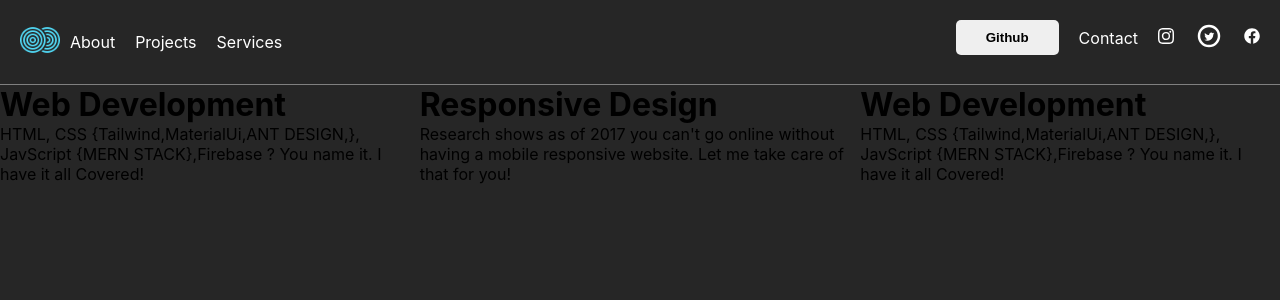
Repository: uh-sman/Portfolio
Page: /services
The author's editor kept a copy of each file at every save. The page is drawn from the files as they stood at one save, then again after the next save.
The browser window is 1280 px wide. The pictures show the whole page.
The project was rebuilt for these pictures with package versions that can differ from the ones it lists, and the page was loaded fresh each time. Also part of the build but not shown: src/components/about.css, src/components/repositories.css, src/components/repositories.js, src/components/RepositoriesCard.jsx, src/components/About.jsx, src/components/projects.css, src/components/Projects.jsx.

Above is the page before, as saved 2022-11-19 08:55:17.

### src/index.js
import React from "react";
import ReactDOM from "react-dom/client";
import { BrowserRouter } from "react-router-dom";
import "./index.css";
import App from "./App";

const root = ReactDOM.createRoot(document.getElementById("root"));
root.render(
  <BrowserRouter>
    <React.StrictMode>
      <App />
    </React.StrictMode>
  </BrowserRouter>
);

### src/App.js
import "./App.css";
import { Index } from "./components/index";
import { Route, Routes } from "react-router-dom";
import About from "./components/About";
import "animate.css";
import Projects from "./components/Projects";
import Services from "./components/Services";
// import Services from "./components/Services";
function App() {
  return (
    <div className="App">
      <Index />
      <Routes>
        <Route path="/" element={<About />} />
        <Route path="/projects" element={<Projects />} />
        <Route path="/services" element={<Services />} />
      </Routes>
    </div>
  );
}

export default App;

### src/App.css
* {
  margin: 0px;
  padding: 0px;
  box-sizing: border-box;
  text-decoration: none;
  list-style: none;
}
body {
  /* background: rgb(2, 0, 36);
  background: linear-gradient(
    90deg,
    rgba(2, 0, 36, 1) 0%,
    rgba(4, 14, 33, 1) 90%,
    rgba(5, 52, 61, 1) 100%
  ); */
  background: #262626;
}

### src/components/index.js
import React from "react";
import { Navbar } from "./Navbar";
import { Route, Routes } from "react-router-dom";
export const Index = () => {
  return (
    <div>
      <Navbar />
    </div>
  );
};

### src/components/Services.jsx
import React from "react";
import "./services.css";
const Services = () => {
  return (
    <div>
      <div>
        <head className="header">
          <h1>Host Your Business</h1>
          <h3>
            I will help you create a remarkable first impression with
            mind-blowing creative designs
          </h3>
        </head>
        <div className="sections">
          <div className="head">
            <h1></h1>
            <h1>Web Development</h1>
            <text>
              <p>
                HTML, CSS{" {Tailwind,MaterialUi,ANT DESIGN,}"}, JavScript
                {" {MERN STACK}"},Firebase ? You name it. I have it all Covered!
              </p>
            </text>
          </div>
          <div>
            <h1></h1>
            <h1>Responsive Design</h1>
            <text>
              <p>
                Research shows as of 2017 you can't go online without having a
                mobile responsive website. Let me take care of that for you!
              </p>
            </text>
          </div>
          <div>
            <h1></h1>
            <h1>Web Development</h1>
            <text>
              <p>
                HTML, CSS{" {Tailwind,MaterialUi,ANT DESIGN,}"}, JavScript
                {" {MERN STACK}"},Firebase ? You name it. I have it all Covered!
              </p>
            </text>
          </div>
        </div>
      </div>
    </div>
  );
};

export default Services;
// Looking for a reliable and efficient

### src/components/Navbar.jsx
import React, { useState } from "react";
import { Link } from "react-router-dom";
import logo from "../assets/ico.png";
import "./navbar.css";
import { Profile } from "./Profile";
export const Navbar = () => {
  const [active, isActive] = useState(false);
  // Get the container element
  // const activeLink = document.querySelector("nav-list");
  // const style = {
  //   backgroundColor: "red",
  //   width: "100%",
  //   height: "100%",
  // };
  // Get all buttons with class="btn" inside the container
  // const btnActive = activeLink.getElementsByClassName("btn");
  // Loop through the buttons and add the active class to the current/clicked button
  // for (var i = 0; i < btnActive.length; i++) {
  //   btnActive[i].addEventListener("click", function () {
  //     var currentMode = document.getElementsByClassName("active");
  //     currentMode[0].className = currentMode[0].className.replace("active", "");
  //     this.className += "active";
  //   });
  // }
  // activeLink.addEventListener()
  return (
    <div>
      <nav className="navbar-container">
        <div className="navbar">
          <div className="navbar-nav">
            <div>
              <a>
                <img src={logo} className="logo" />
              </a>
            </div>
            <ul className="nav-list">
              <Link to="/">
                <a href="">About</a>
              </Link>
              <Link to="/projects">
                <a href="">Projects</a>
              </Link>
              <Link to="/services" className="btn">
                <a href="">Services</a>
              </Link>
            </ul>
          </div>
          <div>
            <Profile />
          </div>
        </div>
      </nav>
    </div>
  );
};

### src/components/services.css
.sections {
  display: flex;
}
.header {
}

### src/components/navbar.css
.nav-list {
  display: flex;
  align-items: center;
  gap: 20px;
}
.nav-list a {
  color: white;
}
.navbar {
  margin: 20px 20px;
  display: flex;
  justify-content: space-between;
}
.navbar-nav {
  display: flex;
  gap: 10px;
}
.logo {
  width: 40px;
  height: 40px;
  color: white;
}
.navbar-container {
  border-bottom: 0.5px solid gray;
}
/* .btn {
  border: transparent;
  outline: none;
  background: rgba(2, 0, 36, 1) 0%;
} */
/* .active, */
/* .btnSelect:hover {
  border: none;
  border-bottom: 1px solid lightblue;
  cursor: pointer;
} */

@media only screen and (min-width: 200px) and (max-width: 950px) {
  .nav-list {
    display: none;
  }
}

### src/components/Profile.js
import React, { useState } from "react";
import { SiFacebook } from "react-icons/si";
import { FaWhatsapp, FaFacebook, FaRegWindowClose } from "react-icons/fa";
import { TiSocialTwitterCircular } from "react-icons/ti";
import { Link } from "react-router-dom";
import { BsInstagram } from "react-icons/bs";
import burger from "../assets/burger-menu.png";
import close from "../assets/icons8.png";

import "animate.css";
import "./profile.css";
export const Profile = () => {
  const [isActive, setIsActive] = useState(false);

  return (
    <div>
      <div>
        <section className="profile-section ">
          <button className="button">
            <a>Github</a>
          </button>
          <a>Contact</a>
          <a>
            <BsInstagram />
          </a>
          <a>
            <TiSocialTwitterCircular className="twitter" />
          </a>
          <a>
            <FaFacebook />
          </a>
        </section>
        {isActive ? (
          <div className="sidebar-container">
            <div>
              <FaRegWindowClose
                className="close"
                onClick={() => setIsActive(!isActive)}
              />
              {/* <img src={close} /> */}
            </div>
            <section className="sidebar-section ">
              <ul className="links">
                <Link to="/">
                  <a href="">About</a>
                </Link>
                <Link to="/projects">
                  <a href="">Projects</a>
                </Link>
                <Link to="/services">
                  <a href="">Services</a>
                </Link>
                <button className="button">
                  <a className="link">Github</a>
                </button>
                <a>Contact</a>
              </ul>
              <ul className="link-icons">
                <a>
                  <BsInstagram className="instagram" />
                </a>
                <a>
                  <TiSocialTwitterCircular className="twitter" />
                </a>
                <a>
                  <FaFacebook className="facebook" />
                </a>
              </ul>
            </section>
          </div>
        ) : (
          <div>
            <img
              src={burger}
              className="burger-menu"
              onClick={() => setIsActive(!isActive)}
            />
          </div>
        )}
      </div>
    </div>
  );
};

### src/components/profile.css
.profile-section {
  display: flex;
  gap: 20px;
  align-items: center;
  color: white;
}
.links {
  display: flex;
  flex-direction: column;
  /* display: flex; */
  align-items: center;
  gap: 20px;
}
.links a {
  color: white;
}
.sidebar-container {
  display: inline-block;
  /* margin: 0 0.5rem; */
  animation: slideInRight 2s;
  /* animation-duration: 2s; */

  height: 100%;
  width: 40%;
  top: 0px;
  right: 0px;
  background-color: #222222;
  position: absolute;
}
.burger-menu {
  width: 30px;
  height: 30px;
}
.close {
  color: white;
  width: 30px;
  height: 30px;
}
.button {
  padding: 10px 30px;
  box-shadow: gray;
  border: none;
  font-weight: 700;
  border-radius: 5px;
}
.button a {
  color: black;
}
.link-icons {
  margin-top: 20px;
  display: flex;
  align-items: center;
  gap: 10px;
}
.instagram {
  font-size: 20px;
}
.facebook {
  font-size: 20px;
}
.twitter {
  font-size: 30px;
}

@media only screen and (min-width: 200px) and (max-width: 950px) {
  .profile-section {
    display: none;
  }
}
@media only screen and (min-width: 950px) {
  .burger-menu {
    display: none;
  }
}
.sidebar-section {
  margin-top: 40%;
  justify-content: center;
  display: flex;
  flex-direction: column;
  align-items: center;
  color: white;
}
/* animate__slideInRight */

Loaded but not shown: public/index.html (common file); src/index.css (common file)

After the next save:
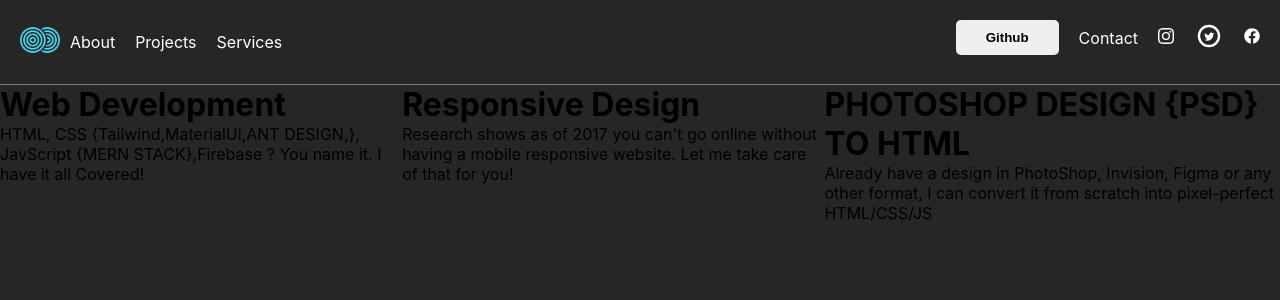
Saved 6 min 43 s later.
--- a/src/components/Services.jsx
+++ b/src/components/Services.jsx
@@ -34,11 +34,12 @@ const Services = () => {
           </div>
           <div>
             <h1></h1>
-            <h1>Web Development</h1>
+            <h1>PHOTOSHOP DESIGN {" {PSD}"} TO HTML</h1>
             <text>
               <p>
-                HTML, CSS{" {Tailwind,MaterialUi,ANT DESIGN,}"}, JavScript
-                {" {MERN STACK}"},Firebase ? You name it. I have it all Covered!
+                Already have a design in PhotoShop, Invision, Figma or any other
+                format, I can convert it from scratch into pixel-perfect
+                HTML/CSS/JS
               </p>
             </text>
           </div>
